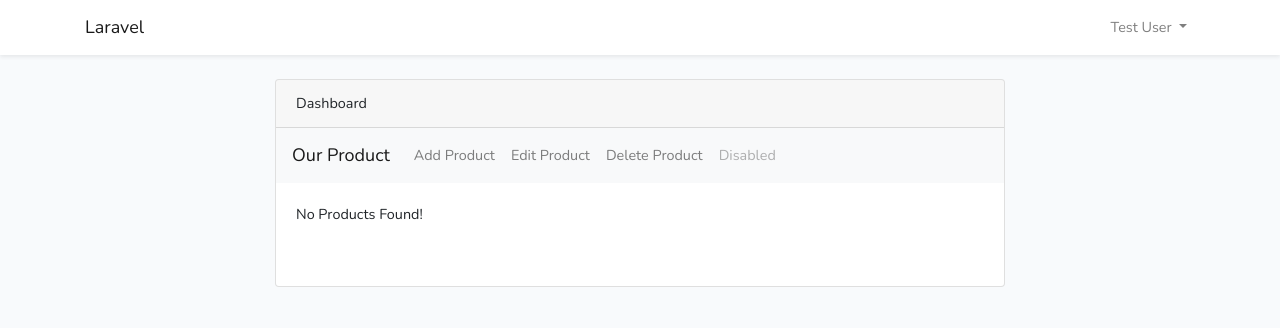
Repository: Fateen980/Tawfiq
Page: http://localhost/home
The author's editor kept a copy of each file at every save. The page is drawn from the files as they stood at one save, then again after the next save.
The browser window is 1280 px wide. The pictures show the whole page.
The page is served by the project's Laravel application, run on PHP 8.4 with Laravel 8. A made-up administrator, Test User (test@example.com), is signed in. Queries for data that is not in the repository find no rows.

Above is the page before, as saved 2020-09-17 09:57:44.

After the next save:
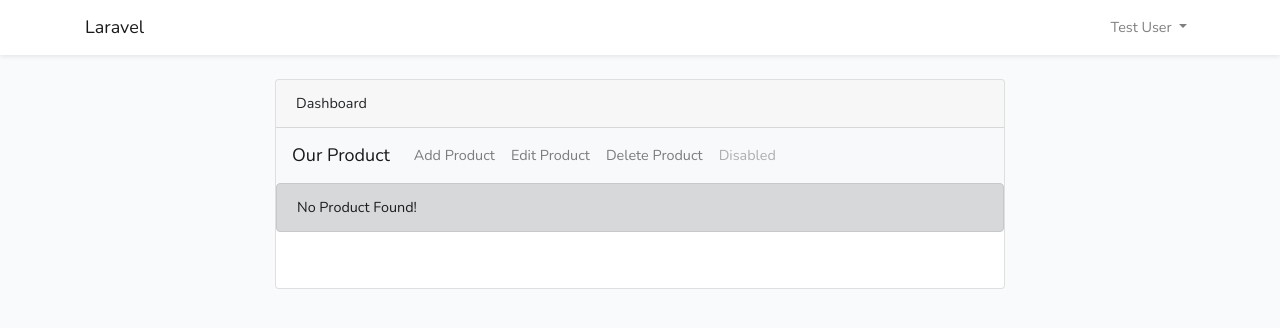
Saved 5 min 15 s later.
--- a/resources/views/home.blade.php
+++ b/resources/views/home.blade.php
@@ -34,8 +34,8 @@
 
 @if (count($Products) === 0)
 
-<div class="card-body">
-     No Products Found!
+<div class="alert alert-dark" role="alert">
+  No Product Found!
 </div>
 
 @endif
